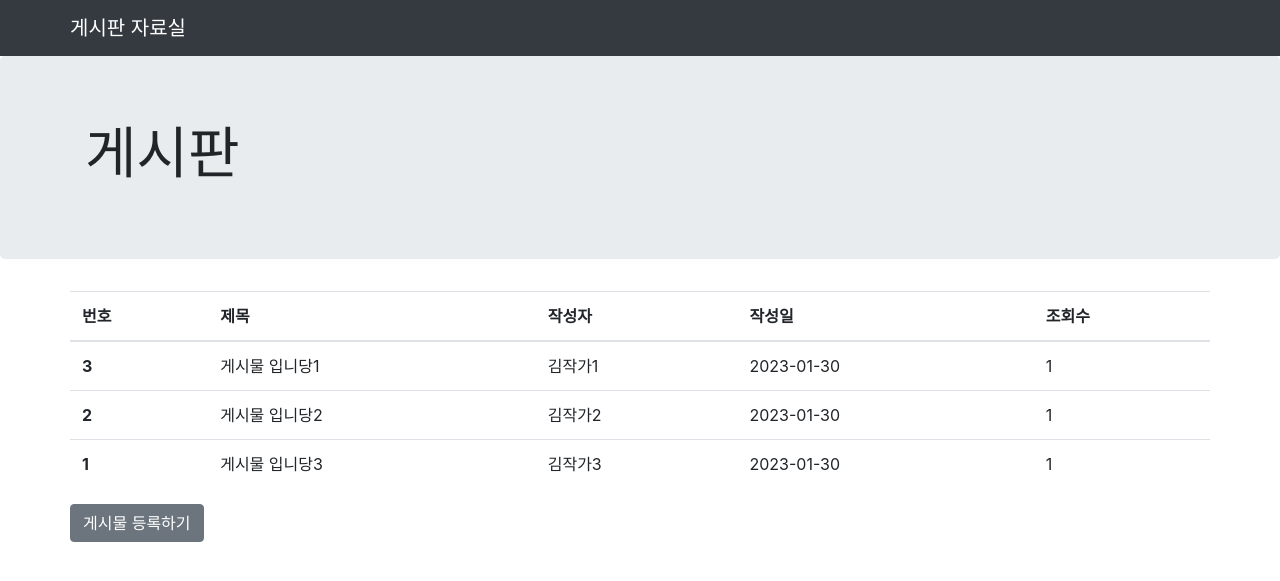
Repository: LeeKukJu/JSP-Study
Page: http://localhost/JSPBook/ch11/totaltest/boardList.jsp
The author's editor kept a copy of each file at every save. The page is drawn from the files as they stood at one save, then again after the next save.
The browser window is 1280 px wide. The pictures show the whole page.
The page is served by Tomcat 9. Nobody is signed in. The application's start-up code is not run. Other server files are loaded and not shown.

Above is the page before, as saved 2023-02-03 10:18:31.

### JSPBook/WebContent/ch11/totaltest/boardList.jsp
<%@page import="dto.BoardVO"%>
<%@page import="java.util.ArrayList"%>
<%@page import="dao.BoardDAO"%>
<%@ page language="java" contentType="text/html; charset=UTF-8"
	pageEncoding="UTF-8"%>
<%@ taglib prefix="c" uri="http://java.sun.com/jsp/jstl/core"%>
<%@ taglib prefix="fn" uri="http://java.sun.com/jsp/jstl/functions"%>
<!DOCTYPE html>
<html>
<head>
<meta charset="UTF-8">
<title>Insert title here</title>
</head>
<body>
	<!--
	1. 게시판 리스트를 table로 만들어서 출력해주세요.
		- boardList.jsp 페이지에다 만들어주세요
		- 넘겨받은 리스트 데이터를 코어태그를 이용하여 출력해주세요.
		  > c:set 리스트 저장 후 사용
		  > c:choose, c:when, c:otherwise
		  > c:forEach

		** 초반 데이터는 없습니다.
					제목						작성자		작성일			조회수
	─────────────────────────────────────────────────────────────────────────────
						조회하실 게시글이 존재하지 않습니다.
	─────────────────────────────────────────────────────────────────────────────


		** 데이터가 있는 경우 아래와 같이 출력됩니다.
				제목						작성자		작성일			조회수
	─────────────────────────────────────────────────────────────────────────────
		게시판 제목입니다......! 1			허나훔		2022-12-12		1245
		게시판 제목입니다......! 2			송서영		2022-12-12		1245
		게시판 제목입니다......! 3			채진영		2022-12-12		1245
		게시판 제목입니다......! 4			배영호		2022-12-12		1245
		게시판 제목입니다......! 5			조은혁		2022-12-12		1245
		게시판 제목입니다......! 6			조현수		2022-12-12		1245
		.....
	─────────────────────────────────────────────────────────────────────────────
	 게시글 등록하기

	2. 등록하기 버튼을 누르면 시큐리티에 의해 보호자원으로 설정되어 있습니다.
		해당 게시글 등록하기는 역할명 admin의 username "administrator" password "a0011" 로 설정해주세요
		그리고 admin 역할명에 해당하는 역할 계정이 아니고서는 접근 불가능하게 해주세요.
		시큐리티 인증 방식은 FORM 방식으로 하고, 로그인 페이지는 login.jsp로 설정해주세요.
		인증 실패 시, 에러 페이지는 login_failed 페이지로 설정해주세요.

	3. 게시판 리스트에서 내가 조회할 게시글 하나를 클릭 시, 게시판 상세보기 페이지로 이동합니다.
		- boardView.jsp 로 이동
 -->

	<%@include file="./menu.jsp"%>
	<div class="jumbotron">
		<div class="container">
			<h1 class="display-4">게시판</h1>
		</div>
	</div>
	<%
		BoardDAO boardDAO = BoardDAO.getInstance();
	ArrayList<BoardVO> boardList = boardDAO.getBoardList();
	%>

	<c:set var="list" value="<%=boardList%>" />
	<c:set var="listSize" value="<%=boardList.size()%>" />

	<div class="container">
		<div class="row" align="center">
			<table class="table table-hover">
				<thead>
					<tr>
						<th scope="col">번호</th>
						<th scope="col">제목</th>
						<th scope="col">작성자</th>
						<th scope="col">작성일</th>
						<th scope="col">조회수</th>
					</tr>
				</thead>
				<tbody>
					<c:choose>
						<c:when test="${listSize > 0}">
							<c:forEach var="board" items="${list}" varStatus="stat">
								<tr>
									<th scope="row">${(listSize-stat.count)+1}</th>
									<td>${board.title}</td>
									<td>${board.author}</td>
									<td>${board.writeDate}</td>
									<td>${board.hit}</td>
								</tr>
							</c:forEach>
						</c:when>
						<c:otherwise>
							<tr>
								<th scope="row">조회하실 게시글이 존재하지 않습니다.</th>
							</tr>
						</c:otherwise>
					</c:choose>
				</tbody>
			</table>
		</div>
		<div class="row" align="left">
			<a class="btn btn-secondary" href="#" role="button">게시물 등록하기</a>
		</div>
	</div>

</body>
</html>

### JSPBook/WebContent/ch11/totaltest/menu.jsp
<%@ page language="java" contentType="text/html; charset=UTF-8"
	pageEncoding="UTF-8"%>
<link rel="stylesheet" href="https://maxcdn.bootstrapcdn.com/bootstrap/4.0.0/css/bootstrap.min.css"/>
<!--
	메뉴를 제공하는 페이지를 구성해주세요.
	- 메뉴를 구성하고 각 페이지(view)를 담당하는 jsp 마다 페이지 모듈화를 진행해주세요.

	[상단 메뉴 구성]
	게시판  자료실 -> boardList.jsp 요청 ( 시큐리티 작동하도록)
 -->

<nav class="navbar navbar-expand navbar-dark bg-dark">
	<div class="container">
		<div class="navbar-header">
			<a class="navbar-brand" href="./boardList.jsp">게시판 자료실</a>
		</div>
	</div>
</nav>

### JSPBook/src/dao/BoardDAO.java
package dao;

import java.text.SimpleDateFormat;
import java.time.LocalDate;
import java.util.ArrayList;
import java.util.Calendar;
import java.util.Date;

import dto.BoardVO;

public class BoardDAO {

	private ArrayList<BoardVO> boardList = new ArrayList<BoardVO>();

	private static BoardDAO instance = new BoardDAO();
	public static BoardDAO getInstance() {
		return instance;
	}



	public BoardDAO() {
		BoardVO board1 = new BoardVO();
		LocalDate writeDate = LocalDate.now();

		board1.setTitle("게시물 입니당1");
		board1.setAuthor("김작가1");
		board1.setWriteDate(writeDate);
		board1.setHit(1);

		BoardVO board2 = new BoardVO();

		board2.setTitle("게시물 입니당2");
		board2.setAuthor("김작가2");
		board2.setWriteDate(writeDate);
		board2.setHit(1);

		BoardVO board3 = new BoardVO();

		board3.setTitle("게시물 입니당3");
		board3.setAuthor("김작가3");
		board3.setWriteDate(writeDate);
		board3.setHit(1);

		boardList.add(board1);
		boardList.add(board2);
		boardList.add(board3);
	}



	public ArrayList<BoardVO> getBoardList(){
		return boardList;
	}

	public void insertBoard(BoardVO board) {
		boardList.add(board);
	}


}

### JSPBook/src/dto/BoardVO.java
package dto;

import java.time.LocalDate;
import java.util.Date;

public class BoardVO {
	private String title;
	private String author;
	private LocalDate writeDate;
	private int hit;

	public String getTitle() {
		return title;
	}
	public void setTitle(String title) {
		this.title = title;
	}
	public String getAuthor() {
		return author;
	}
	public void setAuthor(String author) {
		this.author = author;
	}
	public LocalDate getWriteDate() {
		return writeDate;
	}
	public void setWriteDate(LocalDate writeDate) {
		this.writeDate = writeDate;
	}
	public int getHit() {
		return hit;
	}
	public void setHit(int hit) {
		this.hit = hit;
	}




}

After the next save:
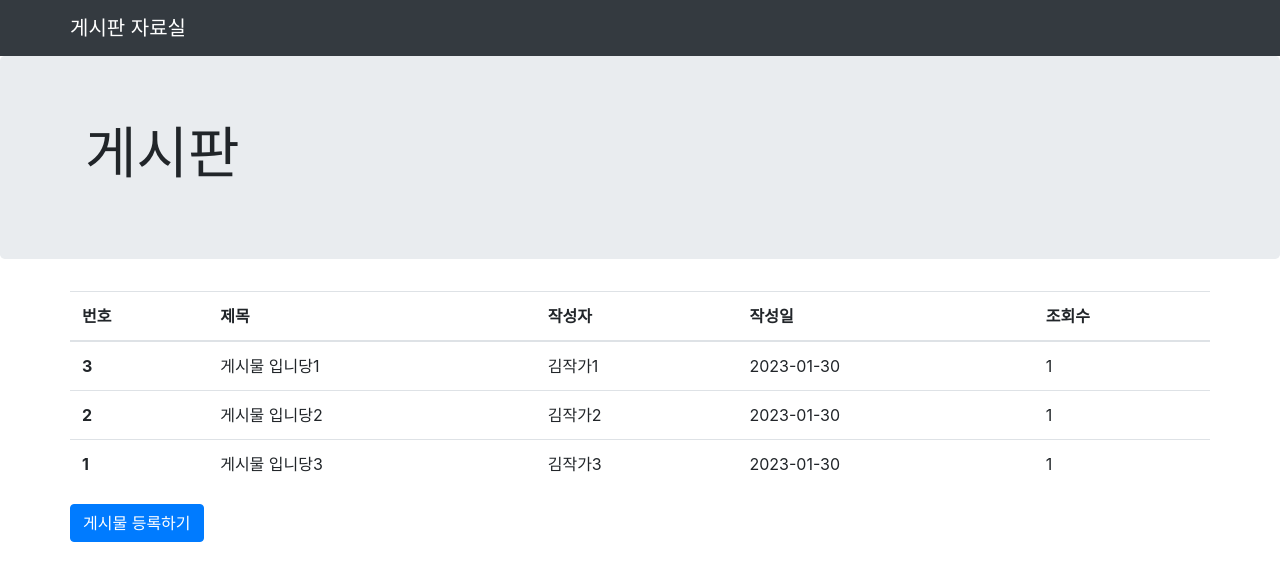
Saved 23 s later.
--- a/JSPBook/WebContent/ch11/totaltest/boardList.jsp
+++ b/JSPBook/WebContent/ch11/totaltest/boardList.jsp
@@ -99,7 +99,7 @@
 			</table>
 		</div>
 		<div class="row" align="left">
-			<a class="btn btn-secondary" href="#" role="button">게시물 등록하기</a>
+			<a class="btn btn-primary" href="#" role="button">게시물 등록하기</a>
 		</div>
 	</div>
 
